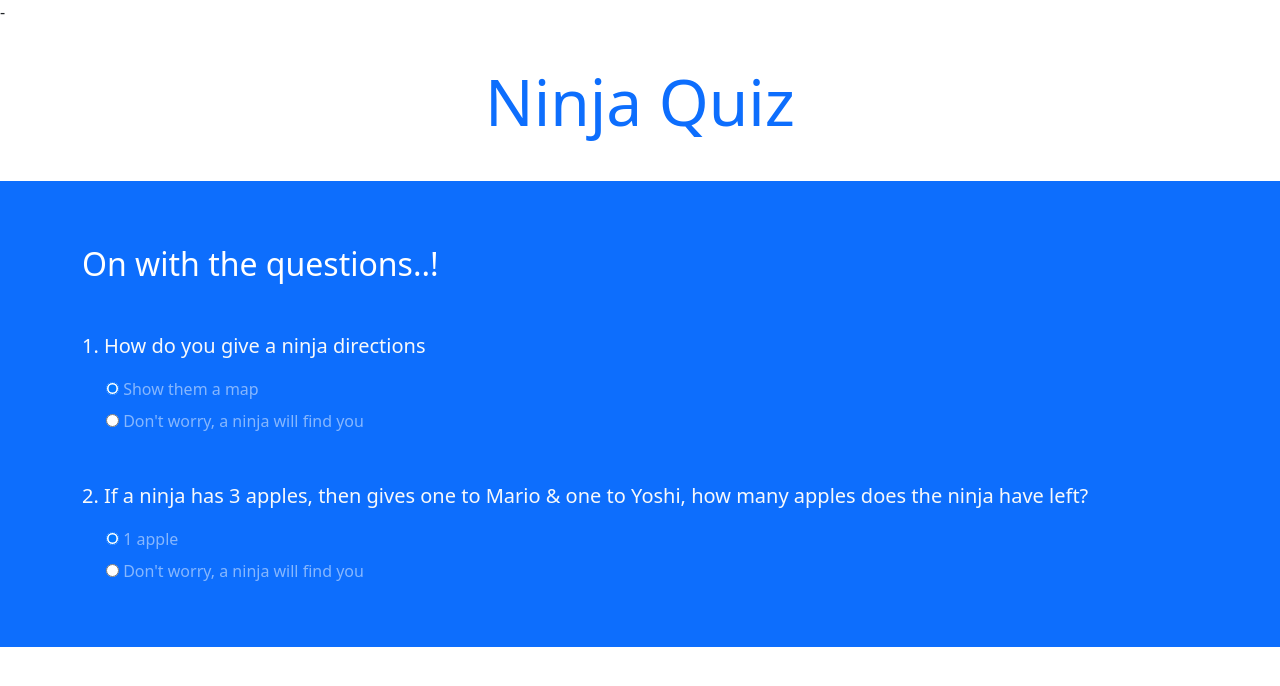
Repository: Programmer-RD-AI/Modern-JavaScript-Complete-guide-from-Novice-to-Ninja
Page: ninja_quiz/index.html
These files come from the project's save history. The page is drawn as it stood at one moment and after the next save; the edit follows.
The browser window is 1280 px wide. The pictures show the whole page.

Above is the page before, as saved 2023-12-26 15:29:42.

### ninja_quiz/index.html
<html lang="en">
  <head>
    <meta charset="UTF-8" />
    -
    <meta name="viewport" content="width=device-width, initial-scale=1.0" />
    <link
      href="https://cdn.jsdelivr.net/npm/bootstrap@5.3.2/dist/css/bootstrap.min.css"
      rel="stylesheet"
      integrity="sha384-T3c6CoIi6uLrA9TneNEoa7RxnatzjcDSCmG1MXxSR1GAsXEV/Dwwykc2MPK8M2HN"
      crossorigin="anonymous"
    />
    <title>Ninja Quiz</title>
    <link rel="stylesheet" href="style.css" />
  </head>
  <body>
    <!-- introduction -->
    <div class="intro py-3 bg-white text-center">
      <div class="container">
        <h2 class="text-primary display-3 my-4">Ninja Quiz</h2>
      </div>
    </div>
    <!-- quiz section -->
    <div class="quiz py-3 bg-primary">
      <div class="container">
        <h2 class="my-5 text-white">On with the questions..!</h2>
        <form class="quiz-form text-light">
          <div class="my-5">
            <p class="lead font-weight-normal">
              1. How do you give a ninja directions
            </p>
            <div class="form-check my-2 text-white-50">
              <input type="radio" name="q1" value="A" checked />
              <label class="form-check-label">Show them a map</label>
            </div>
            <div class="form-check my-2 text-white-50">
              <input type="radio" name="q1" value="B" />
              <label class="form-check-label"
                >Don't worry, a ninja will find you</label
              >
            </div>
          </div>
          <div class="my-5">
            <p class="lead font-weight-normal">
              2. If a ninja has 3 apples, then gives one to Mario & one to
              Yoshi, how many apples does the ninja have left?
            </p>
            <div class="form-check my-2 text-white-50">
              <input type="radio" name="q2" value="A" checked />
              <label class="form-check-label">1 apple</label>
            </div>
            <div class="form-check my-2 text-white-50">
              <input type="radio" name="q2" value="B" />
              <label class="form-check-label"
                >Don't worry, a ninja will find you</label
              >
            </div>
          </div>
        </form>
      </div>
    </div>
    <script src="app.js"></script>
  </body>
</html>

Loaded but not shown: ninja_quiz/app.js (no copy from this time; the picture is the same without it); ninja_quiz/style.css (no stored copy; drawn as an empty file)

After the next save:
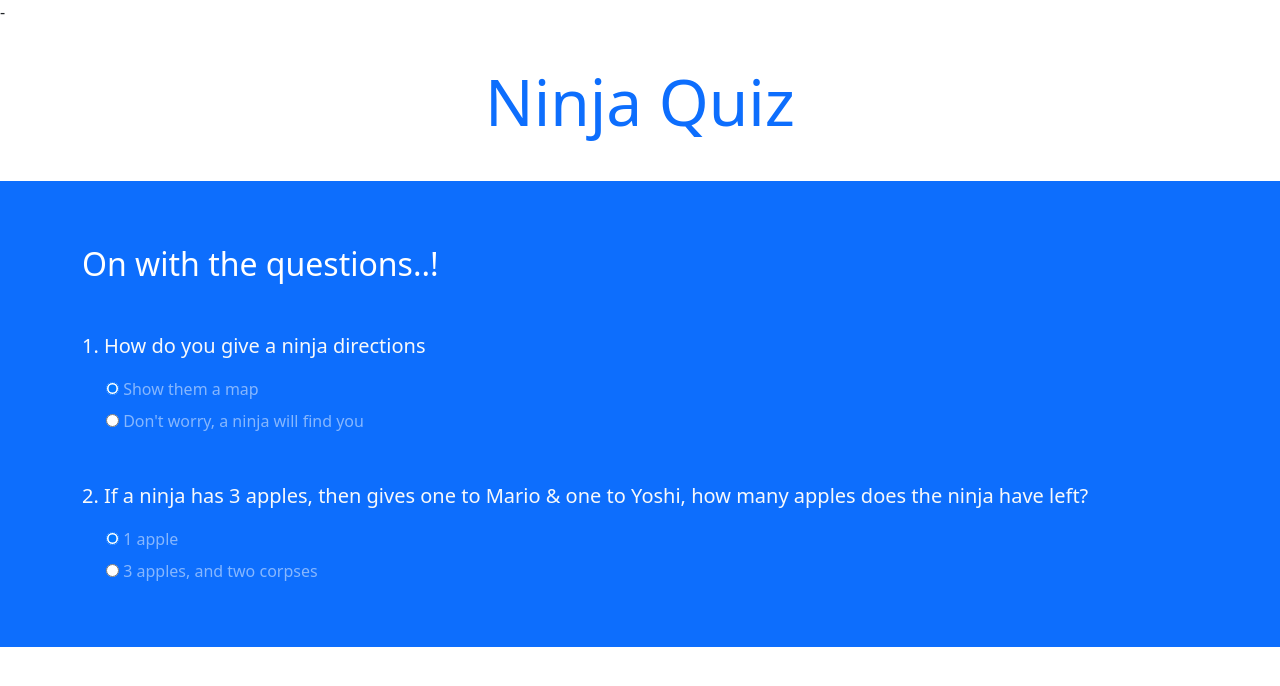
Saved 15 s later.
--- a/ninja_quiz/index.html
+++ b/ninja_quiz/index.html
@@ -50,9 +50,7 @@
             </div>
             <div class="form-check my-2 text-white-50">
               <input type="radio" name="q2" value="B" />
-              <label class="form-check-label"
-                >Don't worry, a ninja will find you</label
-              >
+              <label class="form-check-label">3 apples, and two corpses</label>
             </div>
           </div>
         </form>
